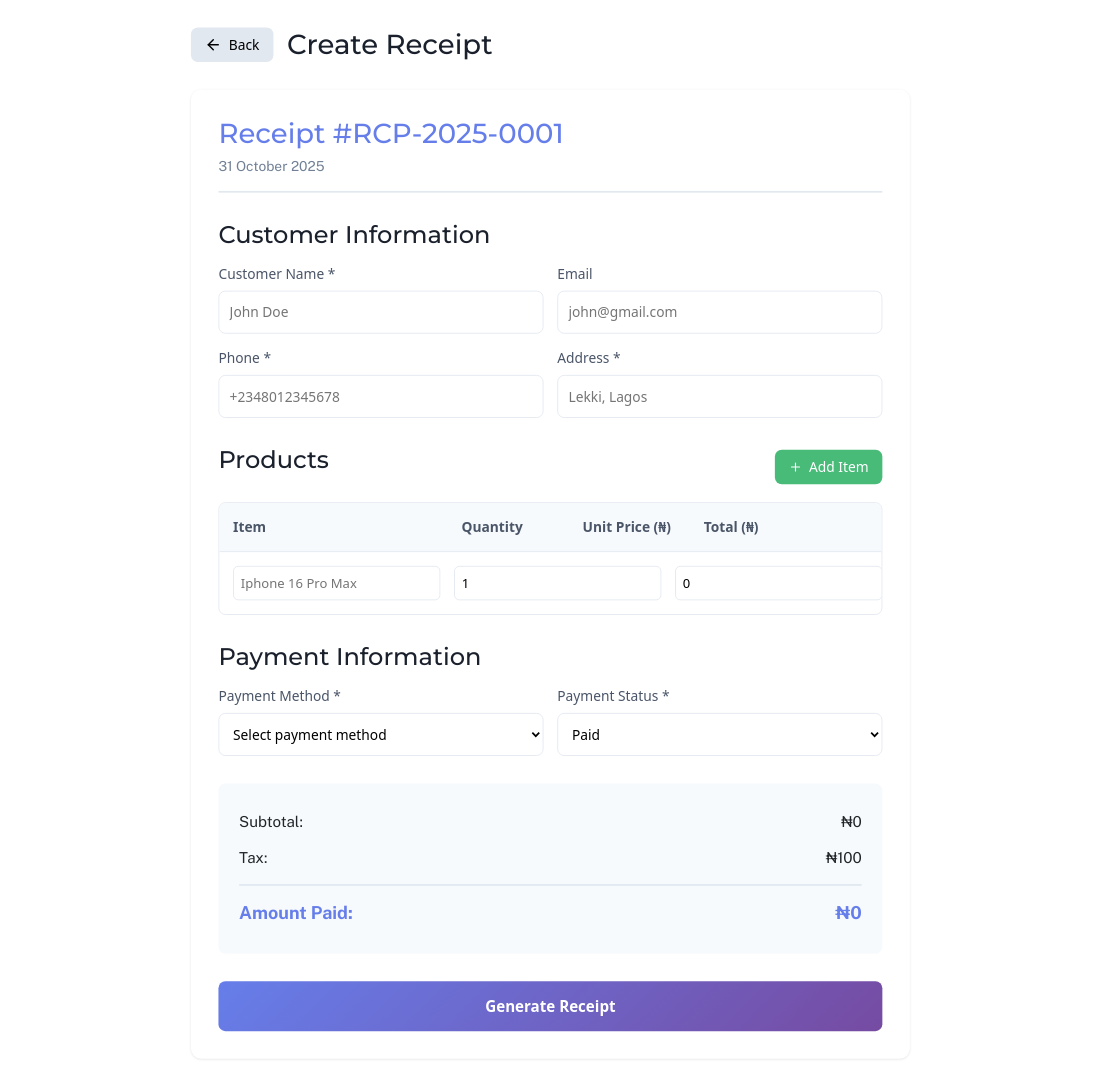
Repository: Manny1294/prescotech-receipt-generator
Page: /create
These files come from the project's save history. The page is drawn as it stood at one moment and after the next save; the edit follows.
The browser window is 1280 px wide. The pictures show the whole page, at 86% of full size.
The project was rebuilt for these pictures with package versions that can differ from the ones it lists, and the page was loaded fresh each time. Also part of the build but not shown: vite.config.js, src/components/ReceiptList.vue, src/views/HomeView.vue, src/components/ReceiptPreview.vue.

Above is the page before, as saved 2025-11-02 13:11:23.

### index.html
<!doctype html>
<html lang="">
  <head>
    <meta charset="UTF-8" />
    <link rel="icon" href="/favicon.ico" />
    <meta name="viewport" content="width=device-width, initial-scale=1.0" />
    <title>Presco Tech</title>
  </head>
  <body>
    <div id="app"></div>
    <script type="module" src="/src/main.js"></script>
  </body>
</html>

### src/main.js
import { createApp } from 'vue'
import { createPinia } from 'pinia'
import App from './App.vue'
import router from './router'
import 'bootstrap/dist/css/bootstrap.min.css'
import 'bootstrap'

const app = createApp(App)

app.use(createPinia())
app.use(router)

app.mount('#app')

### src/App.vue
<template>
  <div id="app">
    <RouterView />
  </div>
</template>

<script setup>
import { RouterView } from 'vue-router'
</script>

<style>
@import url('https://fonts.googleapis.com/css2?family=Public+Sans:ital,wght@0,100..900;1,100..900&display=swap');
@import url('https://fonts.googleapis.com/css2?family=Montserrat:ital,wght@0,100..900;1,100..900&display=swap');
body {
  margin: 0 auto;
  padding: 0;
  font-family: 'Montserrat', sans-serif;
}

html,
body {
  overflow-x: hidden;
  background: #081b29;
}

h1,
h2,
h3 {
  font-family: 'Montserrat', sans-serif;
}

p,
span,
li {
  font-family: 'Public Sans', sans-serif; /* paragraphs */
}
</style>

### src/router/index.js
import { createRouter, createWebHistory } from 'vue-router'
import HomeView from '../views/HomeView.vue'
import CreateReceiptView from '../views/CreateReceiptView.vue'

const router = createRouter({
  history: createWebHistory(import.meta.env.BASE_URL),
  routes: [
    {
      path: '/',
      name: 'home',
      component: HomeView,
    },
    {
      path: '/create',
      name: 'create',
      component: CreateReceiptView,
    },
  ],
})

export default router

### src/views/CreateReceiptView.vue
<script setup>
import { ref, onMounted } from 'vue'
import { useRouter } from 'vue-router'
import { ArrowLeft as ArrowLeftIcon } from 'lucide-vue-next'
import { useReceiptStore } from '../stores/receiptStore'
import ReceiptForm from '../components/ReceiptForm.vue'
import ReceiptPreview from '../components/ReceiptPreview.vue'

const router = useRouter()
const receiptStore = useReceiptStore()

const receiptNumber = ref('')
const showPreview = ref(false)
const receiptData = ref(null)

onMounted(() => {
  receiptNumber.value = receiptStore.generateReceiptNumber()
})

const goBack = () => {
  router.push('/')
}

const handleGenerate = (data) => {
  receiptData.value = data
  showPreview.value = true
}

const handleSave = async () => {
  const saved = await receiptStore.saveReceipt(receiptData.value)
  if (saved) {
    alert('Receipt saved successfully!')
    router.push('/')
  }
}
</script>

<template>
  <div class="create-container">
    <div class="header">
      <button @click="goBack" class="btn-back">
        <ArrowLeftIcon :size="20" />
        Back
      </button>
      <h1>Create Receipt</h1>
    </div>

    <div v-if="!showPreview">
      <ReceiptForm
        :receipt-number="receiptNumber"
        :initial-data="receiptData"
        @generate="handleGenerate"
      />
    </div>

    <div v-else>
      <ReceiptPreview :receipt="receiptData" @back="showPreview = false" @save="handleSave" />
    </div>
  </div>
</template>

<style scoped>
.create-container {
  max-width: 900px;
  margin: 0 auto;
  padding: 2rem;
}

.header {
  display: flex;
  align-items: center;
  gap: 1rem;
  margin-bottom: 2rem;
}

.btn-back {
  background: #e2e8f0;
  border: none;
  padding: 0.5rem 1rem;
  border-radius: 8px;
  cursor: pointer;
  display: flex;
  align-items: center;
  gap: 0.5rem;
  font-weight: 500;
}

.btn-back:hover {
  background: #cbd5e0;
}

h1 {
  font-size: 2rem;
  color: #1a202c;
  margin: 0;
}
</style>

### src/stores/receiptStore.js
import { defineStore } from 'pinia'
import { ref } from 'vue'

export const useReceiptStore = defineStore('receipt', () => {
  const receipts = ref([])
  const currentReceipt = ref(null)

  const loadReceipts = async () => {
    try {
      const result = await window.Storage.list('receipt:')
      if (result && result.keys) {
        const receiptData = await Promise.all(
          result.keys.map(async (key) => {
            try {
              const data = await window.storage.get(key)
              return data ? JSON.parse(data.value) : null
            } catch {
              return null
            }
          }),
        )
        receipts.value = receiptData.filter((rec) => rec !== null)
      }
    } catch (error) {
      console.log('No receipts yet')
    }
  }

  const generateReceiptNumber = () => {
    const year = new Date().getFullYear()
    const count = receipts.value.length + 1
    return `RCP-${year}-${String(count).padStart(4, '0')}`
  }

  const saveReceipt = async (receipt) => {
    try {
      await window.storage.set(`receipt:${receipt.receiptNumber}`, JSON.stringify(receipt))
      await loadReceipts()
      return true
    } catch (error) {
      console.error('Error saving receipt:', error)
      return false
    }
  }

  const deleteReceipt = async (receiptNumber) => {
    try {
      await window.storage.delete(`receipt:${receiptNumber}`)
      await loadReceipts()
      return true
    } catch (error) {
      console.error('Error deleting receipt:', error)
      return false
    }
  }

  return {
    receipts,
    currentReceipt,
    loadReceipts,
    generateReceiptNumber,
    saveReceipt,
    deleteReceipt,
  }
})

### src/components/ReceiptForm.vue
<template>
  <div class="form-container">
    <div class="receipt-header">
      <h2>Receipt #{{ receiptNumber }}</h2>
      <p class="date">{{ currentDate }}</p>
    </div>

    <form @submit.prevent="generateReceipt">
      <div class="section">
        <h3>Customer Information</h3>
        <div class="form-grid">
          <div class="form-group">
            <label>Customer Name *</label>
            <input v-model="formData.customerName" type="text" required placeholder="John Doe" />
          </div>
          <div class="form-group">
            <label>Email</label>
            <input v-model="formData.customerEmail" type="email" placeholder="john@gmail.com" />
          </div>
          <div class="form-group">
            <label>Phone *</label>
            <input
              v-model="formData.customerPhone"
              type="tel"
              required
              placeholder="+2348012345678"
            />
          </div>
          <div class="form-group">
            <label>Address *</label>
            <input
              v-model="formData.customerAddress"
              type="text"
              required
              placeholder="Lekki, Lagos"
            />
          </div>
        </div>
      </div>

      <div class="section">
        <div class="section-header">
          <h3>Products</h3>
          <button type="button" @click="addItem" class="btn-add">
            <PlusIcon :size="16" />
            Add Item
          </button>
        </div>

        <div class="items-table">
          <div class="table-header">
            <div>Item</div>
            <div>Quantity</div>
            <div>Unit Price (₦)</div>
            <div>Total (₦)</div>
            <div></div>
          </div>

          <div v-for="(item, index) in formData.items" :key="index" class="table-row">
            <input v-model="item.name" type="text" required placeholder="Iphone 16 Pro Max" />
            <input v-model.number="item.quantity" type="number" min="1" required />
            <input
              v-model.number="item.price"
              type="number"
              min="0"
              required
              placeholder="120000"
            />
            <div class="total-cell">
              {{ formatCurrency(item.quantity * item.price) }}
            </div>
            <button
              type="button"
              @click="removeItem(index)"
              class="btn-remove"
              :disabled="formData.items.length === 1"
            >
              <Trash2Icon :size="16" />
            </button>
          </div>
        </div>
      </div>

      <div class="section">
        <h3>Payment Information</h3>
        <div class="form-grid">
          <div class="form-group">
            <label>Payment Method *</label>
            <select v-model="formData.paymentMethod" required>
              <option value="">Select payment method</option>
              <option value="Cash">Cash</option>
              <option value="Bank Transfer">Bank Transfer</option>
              <option value="POS">POS</option>
            </select>
          </div>
          <div class="form-group">
            <label>Payment Status *</label>
            <select v-model="formData.paymentStatus" required>
              <option value="Paid">Paid</option>
              <option value="Partial">Partial Payment</option>
            </select>
          </div>
        </div>
      </div>

      <div class="totals">
        <div class="total-row">
          <span>Subtotal:</span>
          <span>{{ formatCurrency(calculateSubtotal()) }}</span>
        </div>
        <div class="total-row">
          <span>Tax:</span>
          <span>₦100</span>
        </div>
        <div class="total-row grand-total">
          <span>Amount Paid:</span>
          <span>{{ formatCurrency(calculateSubtotal()) }}</span>
        </div>
      </div>

      <button type="submit" class="btn-generate">Generate Receipt</button>
    </form>
  </div>
</template>

<script setup>
import { ref, computed } from 'vue'
import { Plus as PlusIcon, Trash2 as Trash2Icon } from 'lucide-vue-next'

const props = defineProps({
  receiptNumber: String,
  initialData: Object,
})

const emit = defineEmits(['generate'])

const formData = ref({
  customerName: '',
  customerEmail: '',
  customerPhone: '',
  customerAddress: '',
  items: [{ name: '', quantity: 1, price: 0 }],
  paymentMethod: '',
  paymentStatus: 'Paid',
})

// Load initial data if editing
if (props.initialData) {
  formData.value = {
    customerName: props.initialData.customer.name,
    customerEmail: props.initialData.customer.email,
    customerPhone: props.initialData.customer.phone,
    customerAddress: props.initialData.customer.address,
    items: props.initialData.items.map((item) => ({ ...item })),
    paymentMethod: props.initialData.paymentMethod,
    paymentStatus: props.initialData.paymentStatus,
  }
}

const currentDate = computed(() => {
  return new Date().toLocaleDateString('en-NG', {
    year: 'numeric',
    month: 'long',
    day: 'numeric',
  })
})

const addItem = () => {
  formData.value.items.push({ name: '', quantity: 1, price: 0 })
}

const removeItem = (index) => {
  if (formData.value.items.length > 1) {
    formData.value.items.splice(index, 1)
  }
}

const calculateSubtotal = () => {
  return formData.value.items.reduce((sum, item) => {
    return sum + item.quantity * item.price
  }, 0)
}

const formatCurrency = (amount) => {
  return `₦${amount.toLocaleString('en-NG')}`
}

const generateReceipt = () => {
  const receipt = {
    receiptNumber: props.receiptNumber,
    date: new Date().toISOString(),
    customer: {
      name: formData.value.customerName,
      email: formData.value.customerEmail,
      phone: formData.value.customerPhone,
      address: formData.value.customerAddress,
    },
    items: formData.value.items,
    paymentMethod: formData.value.paymentMethod,
    paymentStatus: formData.value.paymentStatus,
    subtotal: calculateSubtotal(),
    tax: 0,
    total: calculateSubtotal(),
  }

  emit('generate', receipt)
}
</script>

<style scoped>
.form-container {
  background: white;
  border-radius: 12px;
  padding: 2rem;
  box-shadow: 0 1px 3px rgba(0, 0, 0, 0.1);
}

.receipt-header {
  margin-bottom: 2rem;
  padding-bottom: 1rem;
  border-bottom: 2px solid #e2e8f0;
}

.receipt-header h2 {
  color: #667eea;
  margin: 0 0 0.5rem 0;
}

.date {
  color: #718096;
  margin: 0;
}

.section {
  margin-bottom: 2rem;
}

.section h3 {
  color: #1a202c;
  margin-bottom: 1rem;
}

.section-header {
  display: flex;
  justify-content: space-between;
  align-items: center;
  margin-bottom: 1rem;
}

.form-grid {
  display: grid;
  grid-template-columns: repeat(2, 1fr);
  gap: 1rem;
}

.form-group {
  display: flex;
  flex-direction: column;
}

.form-group label {
  font-weight: 500;
  margin-bottom: 0.5rem;
  color: #4a5568;
}

.form-group input {
  padding: 0.75rem;
  border: 1px solid #e2e8f0;
  border-radius: 8px;
  font-size: 1rem;
}

.form-group select {
  padding: 0.75rem;
  border: 1px solid #e2e8f0;
  border-radius: 8px;
  font-size: 1rem;
  background: white;
  cursor: pointer;
}

.form-group input:focus,
.form-group select:focus {
  outline: none;
  border-color: #667eea;
}

.btn-add {
  background: #48bb78;
  color: white;
  border: none;
  padding: 0.5rem 1rem;
  border-radius: 8px;
  cursor: pointer;
  display: flex;
  align-items: center;
  gap: 0.5rem;
  font-weight: 500;
}

.btn-add:hover {
  background: #38a169;
}

.items-table {
  border: 1px solid #e2e8f0;
  border-radius: 8px;
  overflow: hidden;
}

.table-header {
  display: grid;
  grid-template-columns: 2fr 1fr 1fr 1fr 50px;
  gap: 1rem;
  padding: 1rem;
  background: #f7fafc;
  font-weight: 600;
  color: #4a5568;
}

.table-row {
  display: grid;
  grid-template-columns: 2fr 1fr 1fr 1fr 50px;
  gap: 1rem;
  padding: 1rem;
  border-top: 1px solid #e2e8f0;
  align-items: center;
}

.table-row input {
  padding: 0.5rem;
  border: 1px solid #e2e8f0;
  border-radius: 6px;
  font-size: 0.95rem;
}

.table-row input:focus {
  outline: none;
  border-color: #667eea;
}

.total-cell {
  font-weight: 500;
  color: #1a202c;
}

.btn-remove {
  background: #fc8181;
  color: white;
  border: none;
  padding: 0.5rem;
  border-radius: 6px;
  cursor: pointer;
  display: flex;
  align-items: center;
  justify-content: center;
}

.btn-remove:hover:not(:disabled) {
  background: #f56565;
}

.btn-remove:disabled {
  opacity: 0.5;
  cursor: not-allowed;
}

.totals {
  background: #f7fafc;
  padding: 1.5rem;
  border-radius: 8px;
  margin-top: 2rem;
}

.total-row {
  display: flex;
  justify-content: space-between;
  padding: 0.5rem 0;
  font-size: 1.1rem;
}

.grand-total {
  border-top: 2px solid #e2e8f0;
  margin-top: 0.5rem;
  padding-top: 1rem;
  font-weight: 700;
  font-size: 1.3rem;
  color: #667eea;
}

.btn-generate {
  width: 100%;
  background: linear-gradient(135deg, #667eea 0%, #764ba2 100%);
  color: white;
  border: none;
  padding: 1rem 2rem;
  border-radius: 8px;
  font-size: 1.1rem;
  font-weight: 600;
  cursor: pointer;
  margin-top: 2rem;
}

.btn-generate:hover {
  opacity: 0.9;
}
</style>

After the next save:
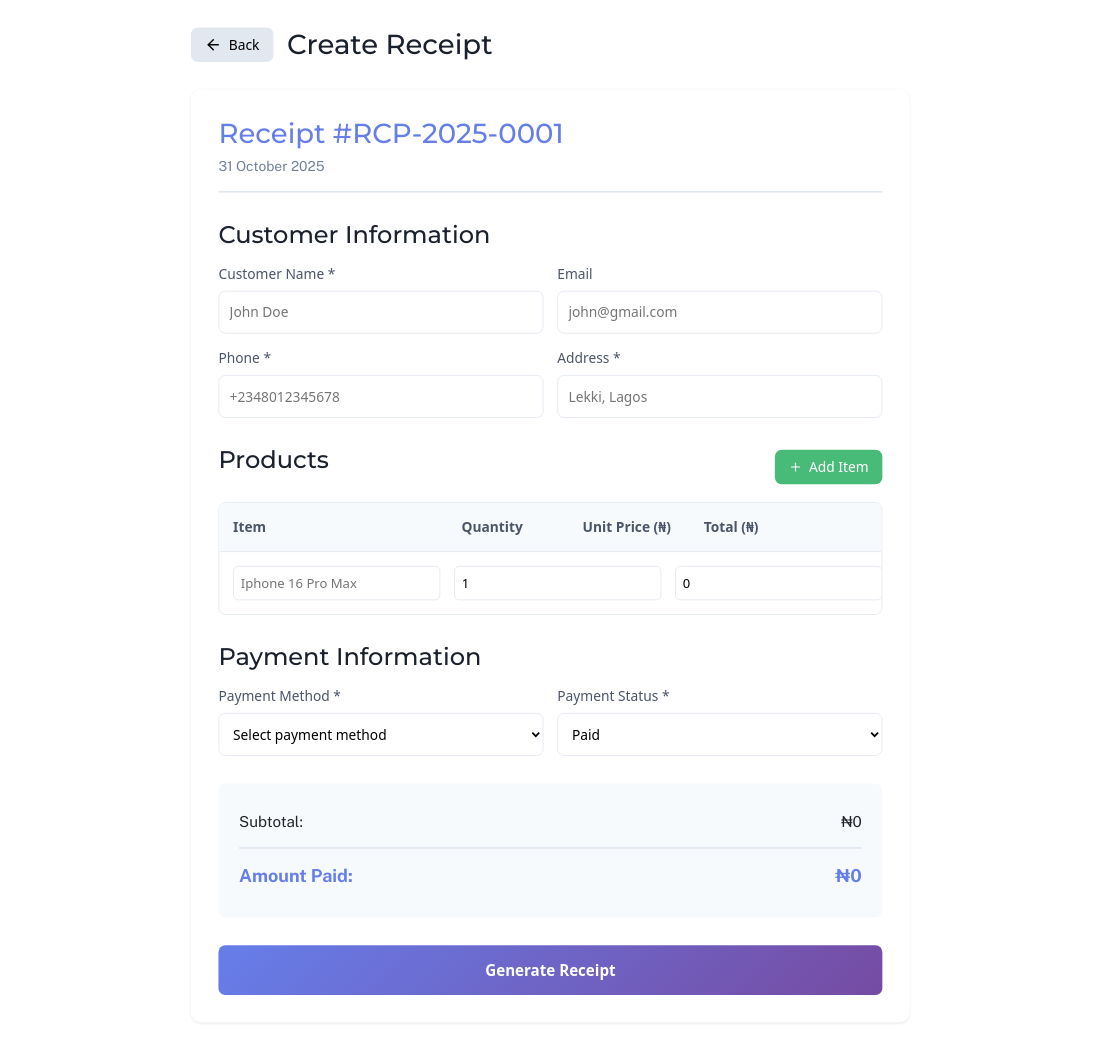
Saved 83 s later.
--- a/src/components/ReceiptForm.vue
+++ b/src/components/ReceiptForm.vue
@@ -108,10 +108,10 @@
           <span>Subtotal:</span>
           <span>{{ formatCurrency(calculateSubtotal()) }}</span>
         </div>
-        <div class="total-row">
+        <!-- <div class="total-row">
           <span>Tax:</span>
           <span>₦100</span>
-        </div>
+        </div> -->
         <div class="total-row grand-total">
           <span>Amount Paid:</span>
           <span>{{ formatCurrency(calculateSubtotal()) }}</span>
